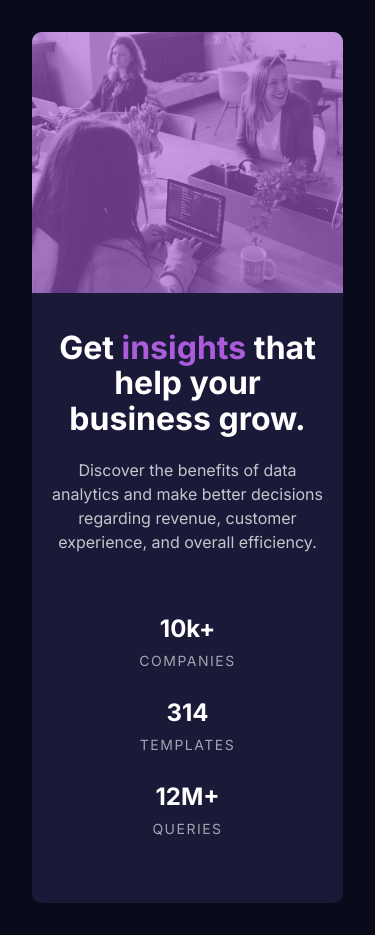
Repository: keisewarsame/stats-preview-frontendmentor
Page: index.html
These files come from the project's save history. The page is drawn as it stood at one moment and after the next save; the edit follows.
The browser window is 375 px wide. The pictures show the whole page.

Above is the page before, as saved 2022-07-12 14:28:26.

After the next save:
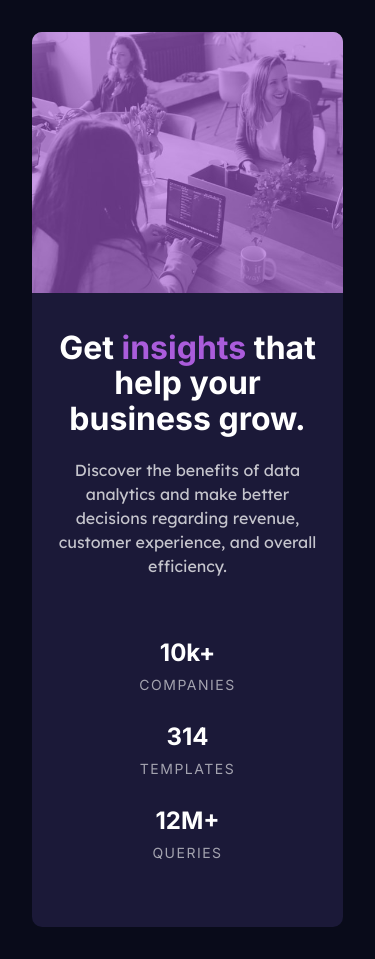
Saved 5 s later.
--- a/styles.css
+++ b/styles.css
@@ -119,6 +119,6 @@
 
     .subtitle {
         font-size: 16px;
-        font-family: ;
+        font-family: Lexend Deca;
     }
 }

After the save that followed:
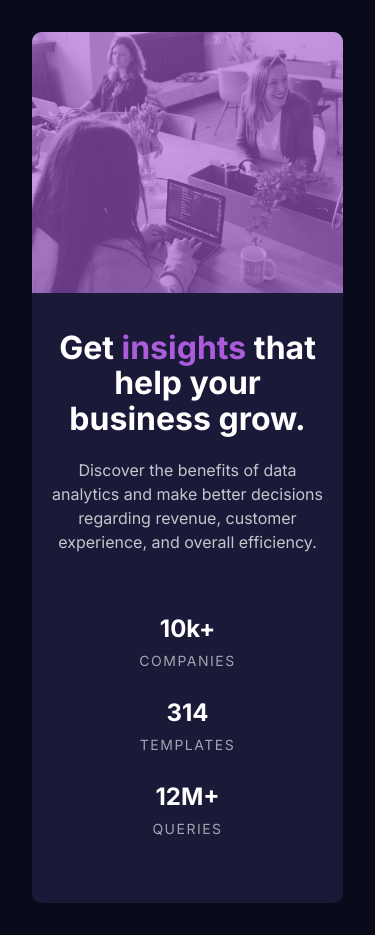
Saved 7 s later.
--- a/styles.css
+++ b/styles.css
@@ -119,6 +119,6 @@
 
     .subtitle {
         font-size: 16px;
-        font-family: Lexend Deca;
+        font-family: ;
     }
 }
